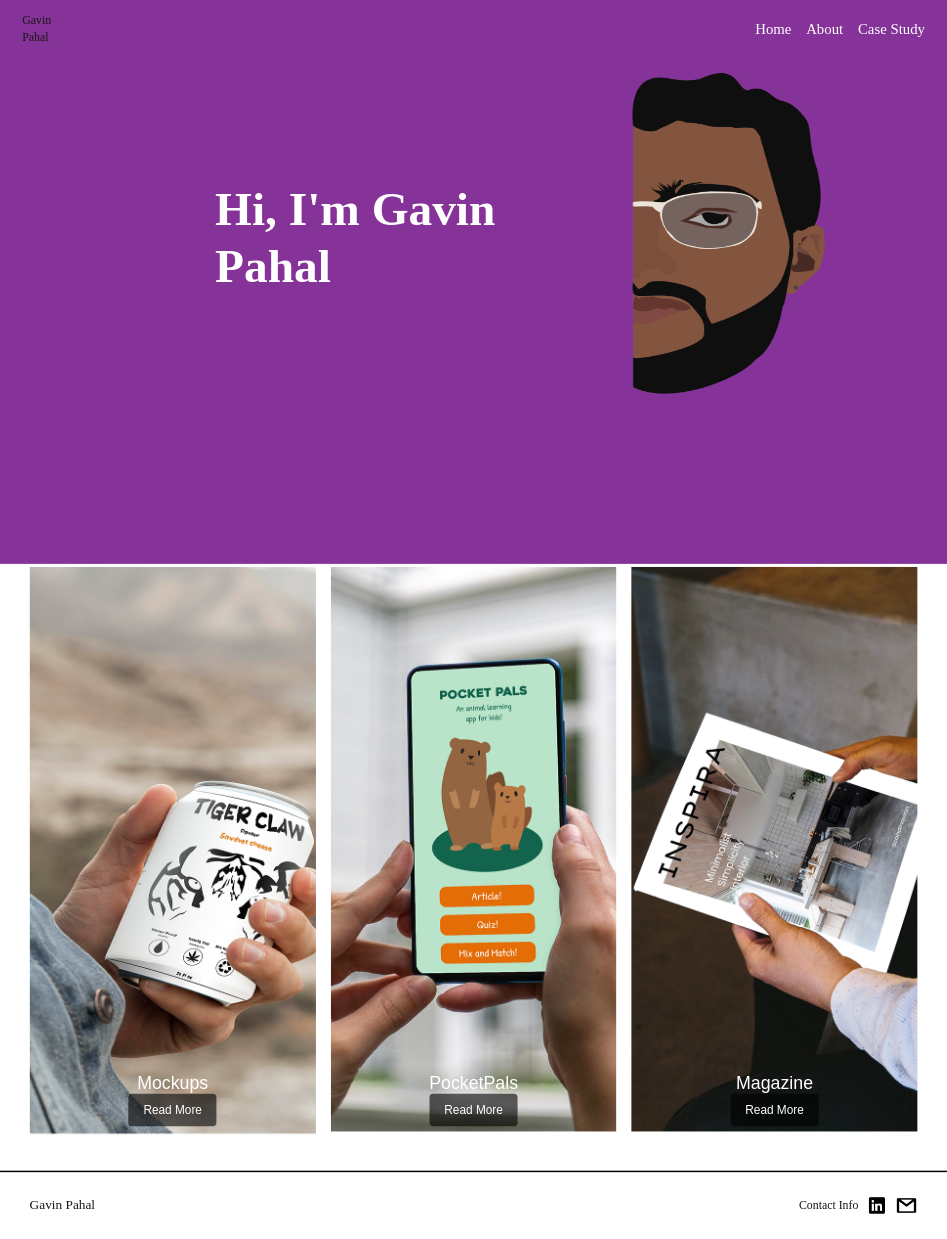
Repository: GavinPahal/portfolios
Page: /Home
The author's editor kept a copy of each file at every save. The page is drawn from the files as they stood at one save, then again after the next save.
The browser window is 1280 px wide. The pictures show the whole page, at 74% of full size.
The project was rebuilt for these pictures with package versions that can differ from the ones it lists, and the page was loaded fresh each time. The framework's server and built-in components were replaced by stand-ins that run in the browser. Also part of the build but not shown: next.config.mjs, components/BackToTop/BackToTop.module.css.

Above is the page before, as saved 2025-02-06 16:25:07.

### pages/Home.js
import NavBar from "../components/NavBar/NavBar";
import HeroSection from "../components/HeroSection/HeroSection";
import Projects from "../components/Projects/Projects";
import Footer from "../components/Footer/Footer";
import BackToTop from "../components/BackToTop/BackToTop";

const home = () => {
  return (
    <div>
      <NavBar />
      <HeroSection />
      <Projects />
      <BackToTop />
      <Footer />
    </div>
  );
};

export default home;

### components/NavBar/NavBar.js
import Link from "next/link";
import styles from "./NavBar.module.css";

const NavBar = () => {
  return (
    <nav className={styles.navbar}>
      <div className={styles.logo}>
        <span>Gavin Pahal</span>
      </div>
      <ul className={styles.navLinks}>
        <li>
          <Link href="/">Home</Link>
        </li>
        <li>
          <Link href="/about">About</Link>
        </li>
        <li>
          <Link href="/case-study">Case Study</Link>
        </li>
      </ul>
    </nav>
  );
};

export default NavBar;

### components/HeroSection/HeroSection.js
import styles from "./HeroSection.module.css";
import { useEffect, useState } from "react";

const HeroSection = () => {
  const words = "Hi, I'm Gavin";
  const [displayText, setDisplayText] = useState("");
  const [index, setIndex] = useState(0);

  useEffect(() => {
    if (index < words.length) {
      const timeout = setTimeout(() => {
        setDisplayText((prev) => prev + words[index]);
        setIndex(index + 1);
      }, 100); // Adjust speed here

      return () => clearTimeout(timeout);
    }
  }, [index, words]);

  return (
    <header className={styles.hero}>
      <img
        src="/images/Group 6.png"
        alt="Gavin Pahal Portfolio"
        className={styles.heroImage}
      />
      <div className={styles.heroText}>
        <h1 className={styles.title}>
          <span className={styles.animatedText}>{displayText}</span> <br /> Pahal
        </h1>
      </div>
    </header>
  );
};

export default HeroSection;

### components/Projects/Projects.js
import { useState, useRef } from "react";
import { createPopper } from "@popperjs/core";
import styles from "./Projects.module.css";

const projects = [
  {
    title: "Mockups",
    image: "/images/Rectangle 65.png", // Update with actual image path
    link: "/can",
    description: "High-quality product mockups to showcase your designs.",
  },
  {
    title: "PocketPals",
    image: "/images/Rectangle 75.png", // Update with actual image path
    link: "/pocket-pals",
    description: "An animal learning app for kids.",
  },
  {
    title: "Magazine",
    image: "/images/Rectangle 65 (1).png", // Update with actual image path
    link: "/magazine",
    description: "Helping travelers with food allergies find safe meals.",
  },
];

const Projects = () => {
  const [visible, setVisible] = useState(null);
  const popperRef = useRef([]);
  const tooltipRef = useRef([]);

  const handleMouseEnter = (index) => {
    setVisible(index);
    createPopper(popperRef.current[index], tooltipRef.current[index], {
      placement: "top",
      modifiers: [{ name: "offset", options: { offset: [0, 10] } }],
    });
  };

  const handleMouseLeave = () => {
    setVisible(null);
  };

  return (
    <section className={styles.projects}>
      {projects.map((project, index) => (
        <div
          key={index}
          className={styles.project}
          ref={(el) => (popperRef.current[index] = el)}
          onMouseEnter={() => handleMouseEnter(index)}
          onMouseLeave={handleMouseLeave}
        >
          <img src={project.image} alt={project.title} className={styles.image} />
          <h3 className={styles.title}>{project.title}</h3>
          <a href={project.link} className={styles.button}>Read More</a>

          <div
            ref={(el) => (tooltipRef.current[index] = el)}
            className={`${styles.overlay} ${visible === index ? styles.show : ""}`}
          >
            <p>{project.description}</p>
          </div>
        </div>
      ))}
    </section>
  );
};

export default Projects;

### components/Footer/Footer.js
import styles from "./Footer.module.css";

const Footer = () => {
  return (
    <footer className={styles.footer}>
      <div className={styles.container}>
        <p className={styles.name}>Gavin Pahal</p>
        <div className={styles.contact}>
          <span>Contact Info</span>
          <div className={styles.icons}>
            <a href="www.linkedin.com/in/gavin-pahal" target="_blank" rel="noopener noreferrer">
              <img src="/images/LinkedIn (1).png" alt="LinkedIn" />
            </a>
            <a href="mailto:gavinpahal2003@gmail.com">
              <img src="/images/Gmail Logo (1).png" alt="Email" />
            </a>
          </div>
        </div>
      </div>
    </footer>
  );
};

export default Footer;

### components/BackToTop/BackToTop.js
import { useState, useEffect } from "react";
import styles from "./BackToTop.module.css";

const BackToTop = () => {
  const [showScroll, setShowScroll] = useState(false);

  useEffect(() => {
    const handleScroll = () => {
      setShowScroll(window.scrollY > 200);
    };

    window.addEventListener("scroll", handleScroll);
    return () => window.removeEventListener("scroll", handleScroll);
  }, []);

  const scrollToTop = () => {
    window.scrollTo({ top: 0, behavior: "smooth" });
  };

  return (
    showScroll && (
      <div className={styles.scrollContainer} onClick={scrollToTop}>
        <span className={styles.scrollText}>Back to Top</span>
        <div className={styles.underline}></div>
      </div>
    )
  );
};

export default BackToTop;

### components/NavBar/NavBar.module.css
.navbar {
  font-family: "philosopher", "bold";
  display: flex;
  justify-content: space-between;
  align-items: center;
  padding: 15px 30px;
  background: #863399;
}

.logoContainer {
  display: flex;
  align-items: center;
}

.logo {
  width: 60px; /* Adjust size as needed */
  margin-right: 10px;
}

.name {
  color: white;
  font-size: 18px;
  font-weight: bold;
}

.navLinks {
  list-style: none;
  display: flex;
  gap: 20px;
}

.navLinks li a {

  color: white;
  text-decoration: none;
  font-size: 20px;
}

### components/HeroSection/HeroSection.module.css
.hero {
    width: 100%;
    height: 90vh;
    display: flex;
    align-items: center;
    justify-content: center;
  }

  .heroImage {
    position: absolute;
    width: 100%;
    height: 100%;
    z-index: -1;
  }

  .heroText {
    margin-bottom: 10rem;
    margin-right: 10rem;
    color: white;
    font-family: "Philosopher"
  }

  .title {
    margin-right: 10rem;
    font-size: 4rem;
    font-weight: bold;
    line-height: 1.2;
  }

  .resumeButton {
    margin-top: 20px;
    padding: 12px 24px;
    font-size: 1.2rem;
    background: white;
    color: black;
    font-weight: bold;
    border: none;
    border-radius: 5px;
    cursor: pointer;
    transition: background 0.3s ease, transform 0.2s ease;
  }

  .resumeButton:hover {
    background: rgba(255, 255, 255, 0.8);
    transform: scale(1.05);
  }

### components/Projects/Projects.module.css
.projects {
    display: flex;
    justify-content: center;
    gap: 20px;
    padding: 40px;
  }

  .project {
    position: relative;
    text-align: center;
    color: white;
    max-width: 450px;
    overflow: hidden;
  }

  .image {
    width: 100%;
    height: auto;
    transition: transform 0.3s ease-in-out;
  }

  .project:hover .image {
    transform: scale(1.05);
  }

  .title {
    position: absolute;
    bottom: 60px;
    left: 50%;
    transform: translateX(-50%);
    font-size: 1.5rem;
  }

  .button {
    position: absolute;
    bottom: 20px;
    left: 50%;
    transform: translateX(-50%);
    background-color: rgba(0, 0, 0, 0.6);
    color: white;
    padding: 10px 20px;
    text-decoration: none;
    border-radius: 5px;
  }

  .overlay {
    position: absolute;
    bottom: 100%;
    left: 50%;
    transform: translateX(-50%);
    background: rgba(0, 0, 0, 0.8);
    color: white;
    padding: 10px;
    font-size: 0.9rem;
    width: 200px;
    text-align: center;
    opacity: 0;
    transition: opacity 0.3s ease-in-out;
    pointer-events: none;
  }

  .show {
    opacity: 1;
  }

### components/Footer/Footer.module.css
.footer {
  text-align: center;
  padding: 30px 20px;
  border-top: 2px solid black;
  position: relative;
  display: flex;
  justify-content: space-between;
  align-items: center;
}

.container {
  width: 100%;
  display: flex;
  justify-content: space-between;
  align-items: center;
}

.name {
  font-family: "philosopher", "bold";
  font-size: 18px;
  margin: 0; /* Aligns with the top border */
  padding-left: 20px; /* Adds some spacing from the left */
}

.contact {
  font-family: "philosopher", "bold";
  font-size: 16px;
  display: flex;
  align-items: center;
  padding-right: 20px; /* Adds some spacing from the right */
}

.icons {
  display: flex;
  gap: 10px; /* Ensures equal spacing between icons */
  margin-left: 10px; /* Adds spacing between text and icons */
}

.icons img {
  width: 30px;
}

Loaded but not shown: pages/_app.js (common file); pages/_document.js (common file); styles/globals.css (common file); tailwind.config.mjs (common file)

After the next save:
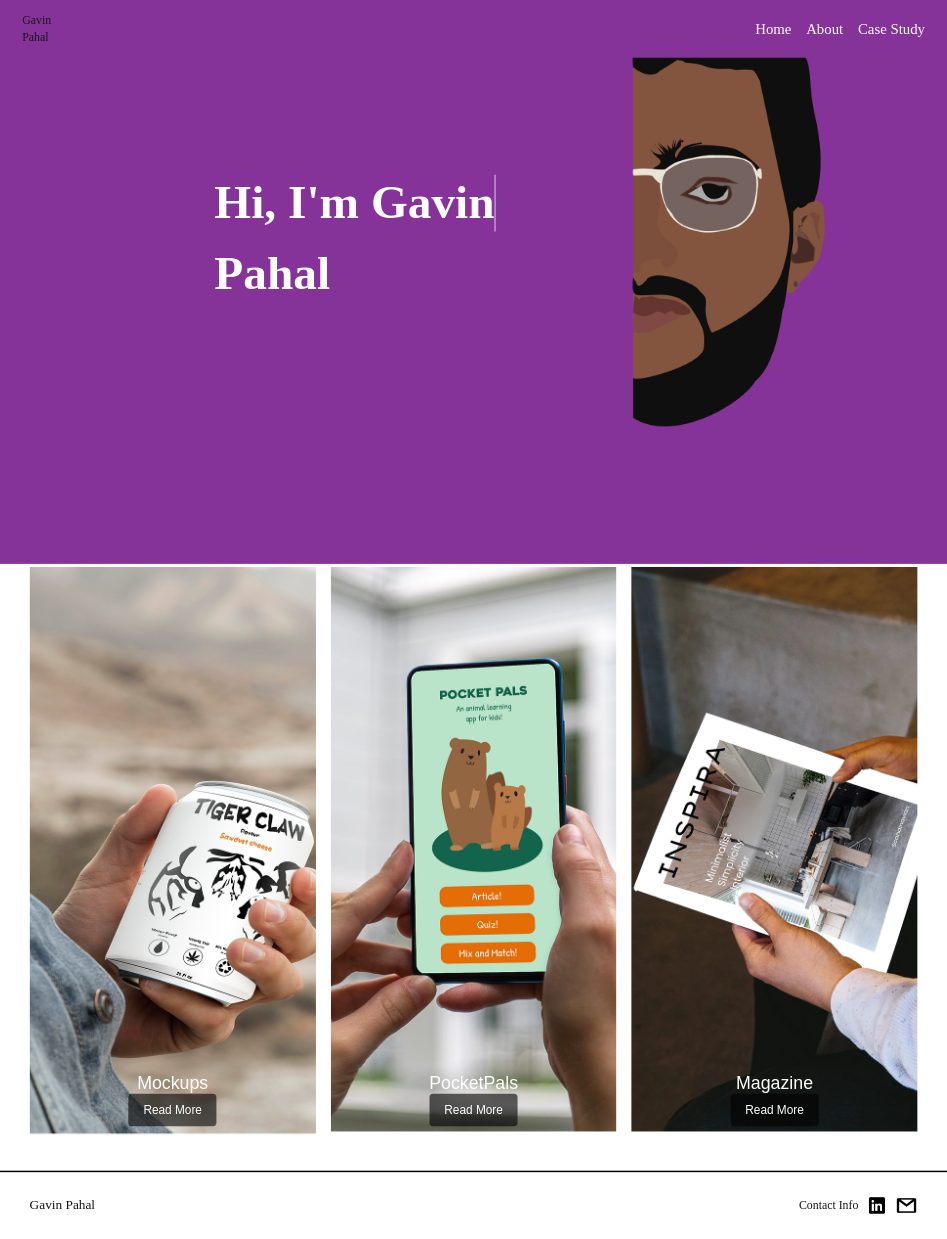
Saved 8 s later.
--- a/components/HeroSection/HeroSection.module.css
+++ b/components/HeroSection/HeroSection.module.css
@@ -1,46 +1,62 @@
 .hero {
-    width: 100%;
-    height: 90vh;
-    display: flex;
-    align-items: center;
-    justify-content: center;
+  width: 100%;
+  height: 90vh;
+  display: flex;
+  align-items: center;
+  justify-content: center;
+}
+
+.heroImage {
+  position: absolute;
+  width: 100%;
+  height: 100%;
+  object-fit: cover;
+  z-index: -1;
+}
+
+.heroText {
+  margin-bottom: 10rem;
+  margin-right: 10rem;
+  color: white;
+  font-family: "Philosopher";
+}
+
+.title {
+  margin-right: 10rem;
+  font-size: 4rem;
+  font-weight: bold;
+  line-height: 1.2;
+}
+
+.animatedText {
+  white-space: nowrap;
+  overflow: hidden;
+  display: inline-block;
+  border-right: 2px solid white;
+  animation: blinkCursor 0.7s steps(2, start) infinite;
+}
+
+/* Blinking Cursor Effect */
+@keyframes blinkCursor {
+  50% {
+    border-color: transparent;
   }
+}
 
-  .heroImage {
-    position: absolute;
-    width: 100%;
-    height: 100%;
-    z-index: -1;
-  }
+.resumeButton {
+  margin-top: 20px;
+  padding: 12px 24px;
+  font-size: 1.2rem;
+  background: white;
+  color: black;
+  font-weight: bold;
+  border: none;
+  border-radius: 5px;
+  cursor: pointer;
+  transition: background 0.3s ease, transform 0.2s ease;
+}
 
-  .heroText {
-    margin-bottom: 10rem;
-    margin-right: 10rem;
-    color: white;
-    font-family: "Philosopher"
-  }
-
-  .title {
-    margin-right: 10rem;
-    font-size: 4rem;
-    font-weight: bold;
-    line-height: 1.2;
-  }
-
-  .resumeButton {
-    margin-top: 20px;
-    padding: 12px 24px;
-    font-size: 1.2rem;
-    background: white;
-    color: black;
-    font-weight: bold;
-    border: none;
-    border-radius: 5px;
-    cursor: pointer;
-    transition: background 0.3s ease, transform 0.2s ease;
-  }
-
-  .resumeButton:hover {
-    background: rgba(255, 255, 255, 0.8);
-    transform: scale(1.05);
-  }
+.resumeButton:hover {
+  background: rgba(255, 255, 255, 0.8);
+  transform: scale(1.05);
+}
